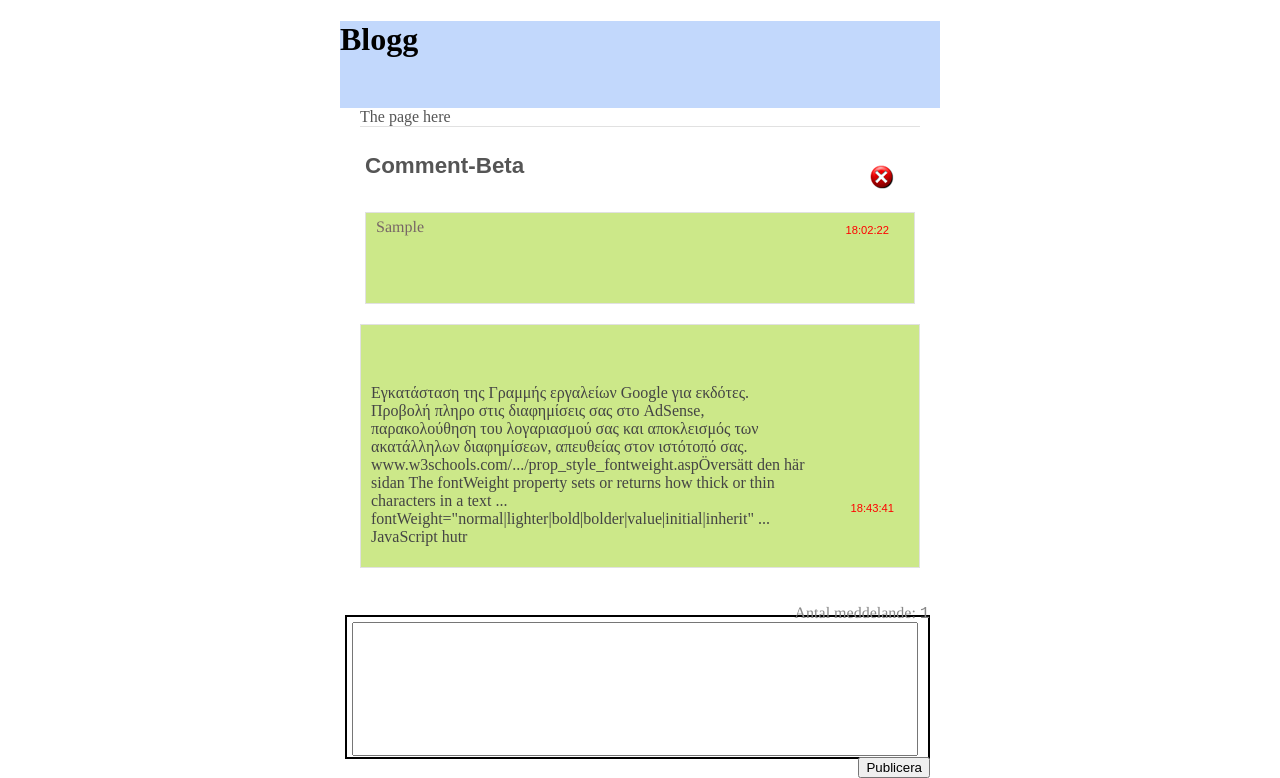
Repository: dn222em/1dv403-laborationer
Page: 2-labbymezzage/index.html
The author's editor kept a record of every edit. The page is drawn from the files as they stood at one moment, then again after the next edit.
The browser window is 1280 px wide. The pictures show the whole page.
Empty fields were first filled with sample values (such as "Sample", 5 or name@example.com).
After loading, the first visible `#publish-button` was clicked once.

Above is the page before.

After the next edit:
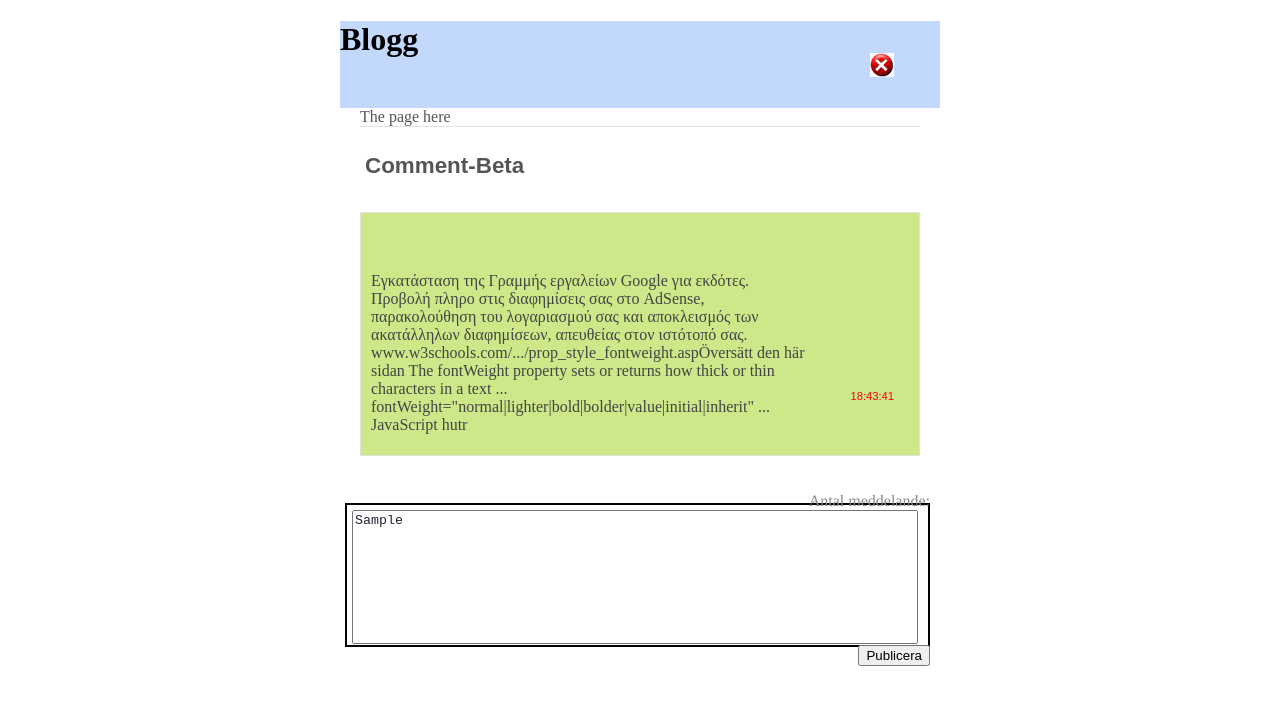
Console error: TypeError: Cannot read properties of null (reading 'appendChild')
The edit:
--- a/2-labbymezzage/init.js
+++ b/2-labbymezzage/init.js
@@ -86,12 +86,7 @@
         document.getElementById("comment-holder").appendChild(li);
 
 
-        li.innerHTML = message.message;//toString();//message.message;
-        li.className ="comment-holder-li";
-	    //li.id = "comment-holder-li";
-	    li.id = idCounter+"li";
-
-	    ul.appendChild(li);
+
 
 
 	    div1 = document.createElement("div");

After the edit that followed:
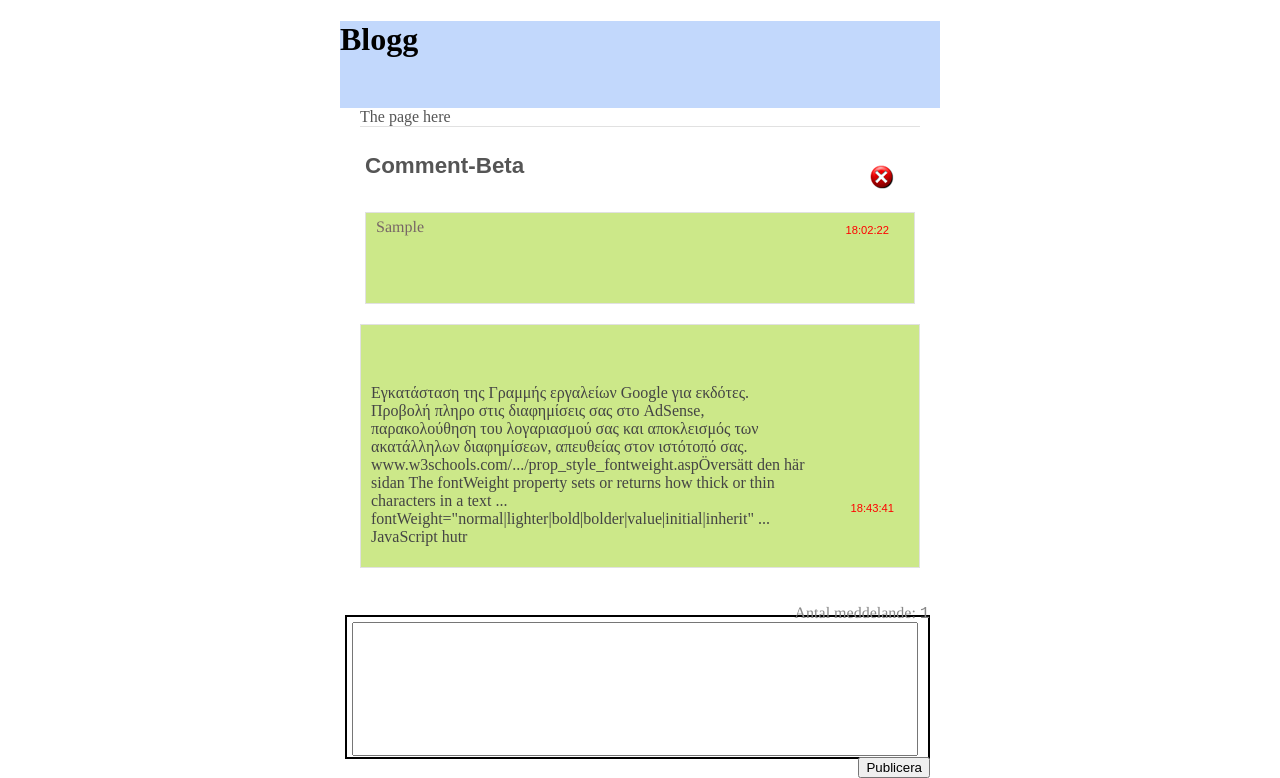
The error is gone.
The edit:
--- a/2-labbymezzage/init.js
+++ b/2-labbymezzage/init.js
@@ -82,6 +82,13 @@
 	    li = document.createElement("li");
     	document.getElementById("comment-holder").appendChild(li);
 
+    	li.innerHTML = message.message;//toString();//message.message;
+        li.className ="comment-holder-li";
+	    //li.id = "comment-holder-li";
+	    li.id = idCounter+"li";
+
+	    ul.appendChild(li);
+
         p=document.createElement("p");
         document.getElementById("comment-holder").appendChild(li);
 
